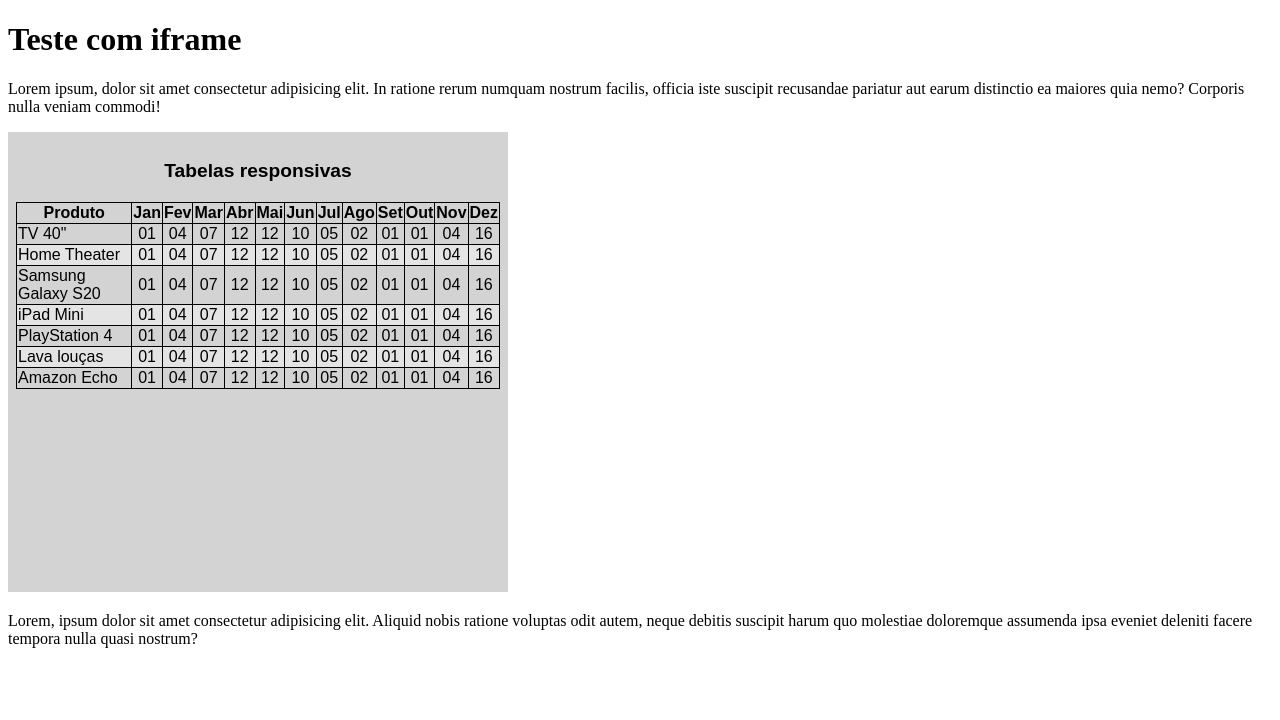
Repository: railsondev/html-css
Page: Módulo4/Exercício/iframe002.html
An editor plug-in stored every save of this project. The page is shown before and after the next save, followed by the edit.
The browser window is 1280 px wide. The pictures show the whole page.

Above is the page before, as saved 2024-10-22 22:19:54.

### Módulo4/Exercício/iframe002.html
<!DOCTYPE html>
<html lang="pt-br">
<head>
  <meta charset="UTF-8">
  <meta name="viewport" content="width=device-width, initial-scale=1.0">
  <title>iframe</title>
</head>
<body>
  <h1>Teste com iframe</h1>
  <p>Lorem ipsum, dolor sit amet consectetur adipisicing elit. In ratione rerum numquam nostrum facilis, officia iste suscipit recusandae pariatur aut earum distinctio ea maiores quia nemo? Corporis nulla veniam commodi!</p>
  <iframe src="pag01.html" frameborder="0" height="460px" width="500px"></iframe>
  <p>Lorem, ipsum dolor sit amet consectetur adipisicing elit. Aliquid nobis ratione voluptas odit autem, neque debitis suscipit harum quo molestiae doloremque assumenda ipsa eveniet deleniti facere tempora nulla quasi nostrum?</p>
</body>
</html>

### Módulo4/Exercício/pag01.html
<!DOCTYPE html>
<html lang="pt-br">
<head>
  <meta charset="UTF-8">
  <meta name="viewport" content="width=device-width, initial-scale=1.0">
  <title>Site de teste</title>
  <link rel="stylesheet" href="src/css/estilo05.css">
  <style>
    body {
      font-family: Arial, Helvetica, sans-serif;
      background-color: lightgrey;
    }
  </style>
</head>
<body>
  <table>
    <colgroup>
      <col class="produto">
    </colgroup>
    <caption>Tabelas responsivas</caption>
    <thead>
      <tr>
        <th>Produto</th>
        <th>Jan</th>
        <th>Fev</th>
        <th>Mar</th>
        <th>Abr</th>
        <th>Mai</th>
        <th>Jun</th>
        <th>Jul</th>
        <th>Ago</th>
        <th>Set</th>
        <th>Out</th>
        <th>Nov</th>
        <th>Dez</th>
      </tr>
    </thead>
    <tbody>
      <tr>
        <td>TV 40"</td>
        <td class="valor">01</td>
        <td class="valor">04</td>
        <td class="valor">07</td>
        <td class="valor">12</td>
        <td class="valor">12</td>
        <td class="valor">10</td>
        <td class="valor">05</td>
        <td class="valor">02</td>
        <td class="valor">01</td>
        <td class="valor">01</td>
        <td class="valor">04</td>
        <td class="valor">16</td>
      </tr>
      <tr>
        <td>Home Theater</td>
        <td class="valor">01</td>
        <td class="valor">04</td>
        <td class="valor">07</td>
        <td class="valor">12</td>
        <td class="valor">12</td>
        <td class="valor">10</td>
        <td class="valor">05</td>
        <td class="valor">02</td>
        <td class="valor">01</td>
        <td class="valor">01</td>
        <td class="valor">04</td>
        <td class="valor">16</td>
      </tr>
      <tr>
        <td>Samsung Galaxy S20</td>
        <td class="valor">01</td>
        <td class="valor">04</td>
        <td class="valor">07</td>
        <td class="valor">12</td>
        <td class="valor">12</td>
        <td class="valor">10</td>
        <td class="valor">05</td>
        <td class="valor">02</td>
        <td class="valor">01</td>
        <td class="valor">01</td>
        <td class="valor">04</td>
        <td class="valor">16</td>
      </tr>
      <tr>
        <td>iPad Mini</td>
        <td class="valor">01</td>
        <td class="valor">04</td>
        <td class="valor">07</td>
        <td class="valor">12</td>
        <td class="valor">12</td>
        <td class="valor">10</td>
        <td class="valor">05</td>
        <td class="valor">02</td>
        <td class="valor">01</td>
        <td class="valor">01</td>
        <td class="valor">04</td>
        <td class="valor">16</td>
      </tr>
      <tr>
        <td>PlayStation 4</td>
        <td class="valor">01</td>
        <td class="valor">04</td>
        <td class="valor">07</td>
        <td class="valor">12</td>
        <td class="valor">12</td>
        <td class="valor">10</td>
        <td class="valor">05</td>
        <td class="valor">02</td>
        <td class="valor">01</td>
        <td class="valor">01</td>
        <td class="valor">04</td>
        <td class="valor">16</td>
      </tr>
      <tr>
        <td>Lava louças</td>
        <td class="valor">01</td>
        <td class="valor">04</td>
        <td class="valor">07</td>
        <td class="valor">12</td>
        <td class="valor">12</td>
        <td class="valor">10</td>
        <td class="valor">05</td>
        <td class="valor">02</td>
        <td class="valor">01</td>
        <td class="valor">01</td>
        <td class="valor">04</td>
        <td class="valor">16</td>
      </tr>
      <tr>
        <td>Amazon Echo</td>
        <td class="valor">01</td>
        <td class="valor">04</td>
        <td class="valor">07</td>
        <td class="valor">12</td>
        <td class="valor">12</td>
        <td class="valor">10</td>
        <td class="valor">05</td>
        <td class="valor">02</td>
        <td class="valor">01</td>
        <td class="valor">01</td>
        <td class="valor">04</td>
        <td class="valor">16</td>
      </tr>
    </tbody>
  </table>
</body>
</html>

### Módulo4/Exercício/src/css/estilo05.css
@charset 'UTF-8';

body {
  font-family: Arial, Helvetica, sans-serif;
}

table {
  border-collapse: collapse;
}

caption {
  font-size: 1.2em;
  font-weight: bolder;
  padding: 20px;
}

th, td{
  border: 1px solid black;
}

tr:nth-child(even) {
  background-color: rgb(228, 228, 228);
}

.valor {
  text-align: center;
  vertical-align: center;
}

div#container {
  overflow-y: hidden;
}

After the next save:
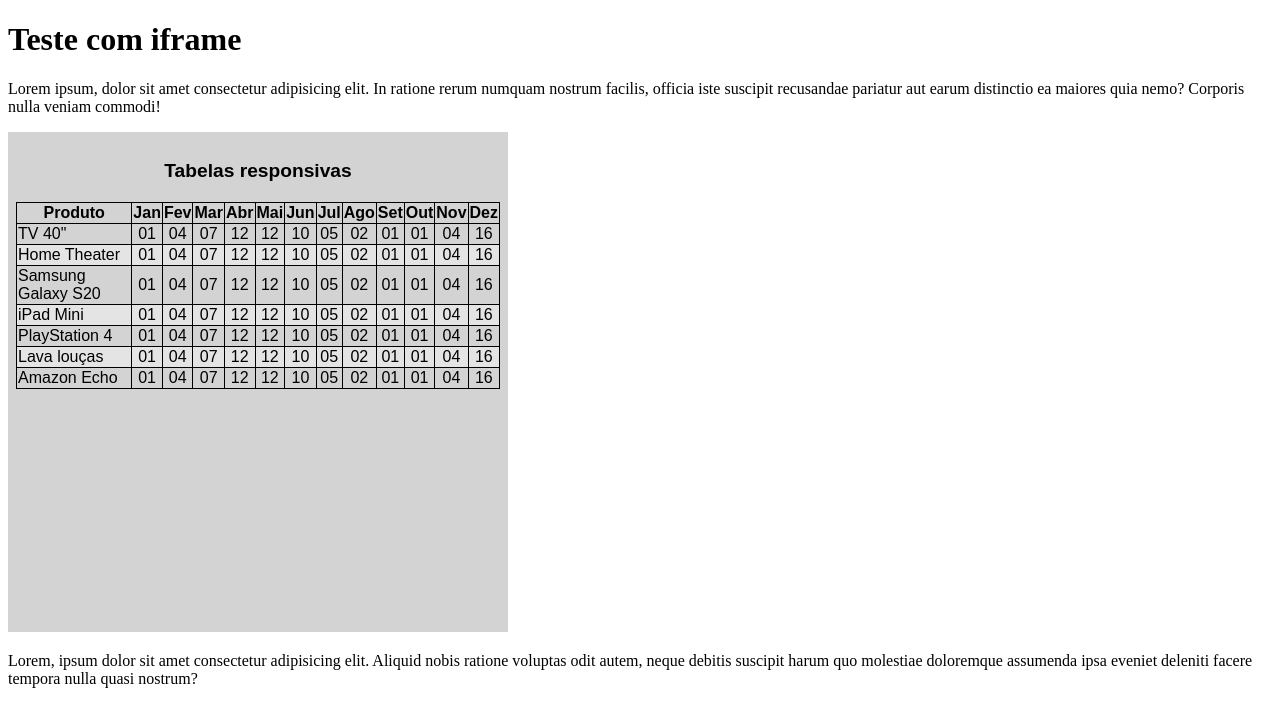
Saved 5 s later.
--- a/Módulo4/Exercício/iframe002.html
+++ b/Módulo4/Exercício/iframe002.html
@@ -8,7 +8,7 @@
 <body>
   <h1>Teste com iframe</h1>
   <p>Lorem ipsum, dolor sit amet consectetur adipisicing elit. In ratione rerum numquam nostrum facilis, officia iste suscipit recusandae pariatur aut earum distinctio ea maiores quia nemo? Corporis nulla veniam commodi!</p>
-  <iframe src="pag01.html" frameborder="0" height="460px" width="500px"></iframe>
+  <iframe src="pag01.html" frameborder="0" height="500px" width="500px"></iframe>
   <p>Lorem, ipsum dolor sit amet consectetur adipisicing elit. Aliquid nobis ratione voluptas odit autem, neque debitis suscipit harum quo molestiae doloremque assumenda ipsa eveniet deleniti facere tempora nulla quasi nostrum?</p>
 </body>
 </html>
